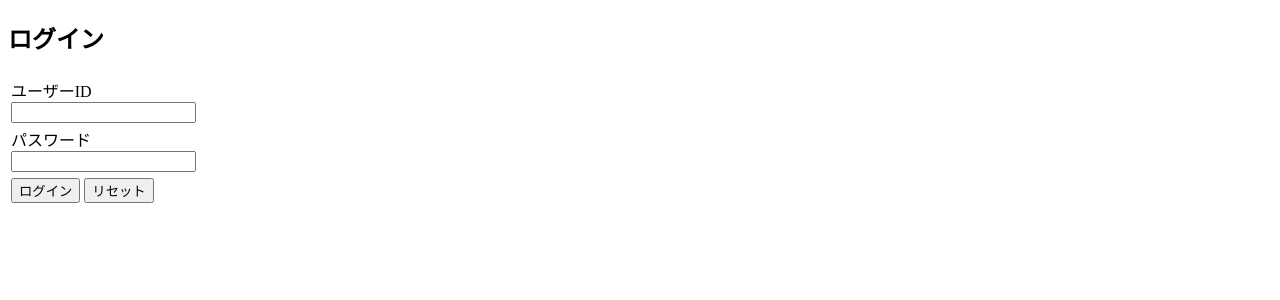
Repository: dojo2023/F-2
Page: http://localhost/f2project/newpwServlet
These files come from the project's save history. The page is drawn as it stood at one moment and after the next save; the edit follows.
The browser window is 1280 px wide. The pictures show the whole page.
The page is served by Tomcat 9. Other server files are loaded and not shown.

Above is the page before, as saved 2023-06-08 05:12:07.

### F2workspace/f2project/WebContent/WEB-INF/jsp/login.jsp
<%@ page language="java" contentType="text/html; charset=UTF-8" pageEncoding="UTF-8"%>
<!doctype html>
<html>
<head>
<meta charset="UTF-8">
<title></title>
</head>
<body>
   <h2>ログイン</h2>
   <form method="POST" action="/simpleBC/LoginServlet">
    <table>
      <tr>
        <td>
          <label>ユーザーID<br>
          <input type="text" name="ID">
          </label>
        </td>
      </tr>
      <tr>
        <td>
          <label>パスワード<br>
          <input type="password" name="PW">
          </label>
        </td>
      <tr>
      <tr>
        <td colspan="2">
          <input type="submit" name="LOGIN" value="ログイン">
          <input type="reset" name="reset" value="リセット">
        <td>
      </tr>
    </table>
  </form>
</body>
</html>

### F2workspace/f2project/src/servlet/newpwServlet.java
package servlet;

import java.io.IOException;

import javax.servlet.RequestDispatcher;
import javax.servlet.ServletException;
import javax.servlet.annotation.WebServlet;
import javax.servlet.http.HttpServlet;
import javax.servlet.http.HttpServletRequest;
import javax.servlet.http.HttpServletResponse;

import dao.PWresetDAO;
import model.Result;

/**
 * Servlet implementation class newpwServlet
 */
@WebServlet("/newpwServlet")
public class newpwServlet extends HttpServlet {
	private static final long serialVersionUID = 1L;

	/**
	 * @see HttpServlet#doPost(HttpServletRequest request, HttpServletResponse response)
	 */

	protected void doGet(HttpServletRequest request, HttpServletResponse response) throws ServletException, IOException {
		// ログインページにフォワードする
		RequestDispatcher dispatcher = request.getRequestDispatcher("/WEB-INF/jsp/login.jsp");
		dispatcher.forward(request, response);
	}

	protected void doPost(HttpServletRequest request, HttpServletResponse response) throws ServletException, IOException {
		request.setCharacterEncoding("UTF-8");
		String pw = request.getParameter("PW");

		PWresetDAO pdao = new PWresetDAO();
		if (pdao.PWupdate(pw)) {
			request.setAttribute("result",
			new Result("パスワード再登録完了画面", "パスワードのリセットに失敗しました。", "/f2project/resetServlet", "新規パスワード入力"));
			response.sendRedirect("/f2project/completionServlet");
		}
		RequestDispatcher dispatcher = request.getRequestDispatcher("/WEB-INF/jsp/completion.jsp");
		dispatcher.forward(request, response);
	}

}

After the next save:
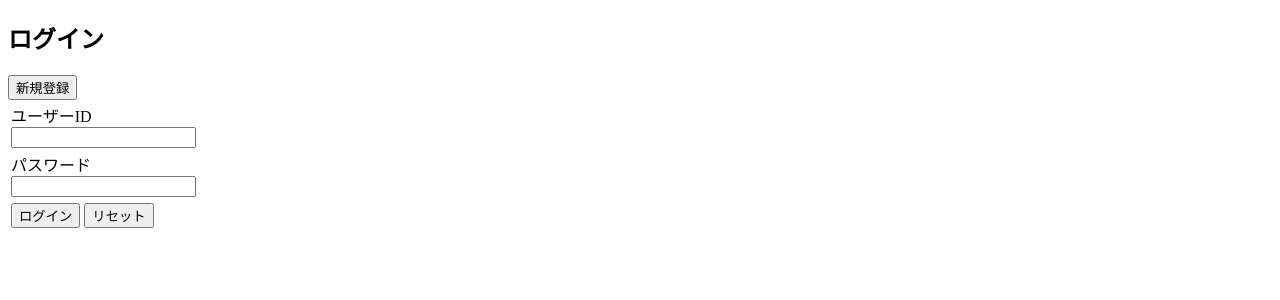
Saved 104 s later.
--- a/F2workspace/f2project/WebContent/WEB-INF/jsp/login.jsp
+++ b/F2workspace/f2project/WebContent/WEB-INF/jsp/login.jsp
@@ -29,6 +29,9 @@
           <input type="reset" name="reset" value="リセット">
         <td>
       </tr>
+      <tr>
+      	<input type="submit" name="user_regist" value="新規登録">
+      </tr>
     </table>
   </form>
 </body>
